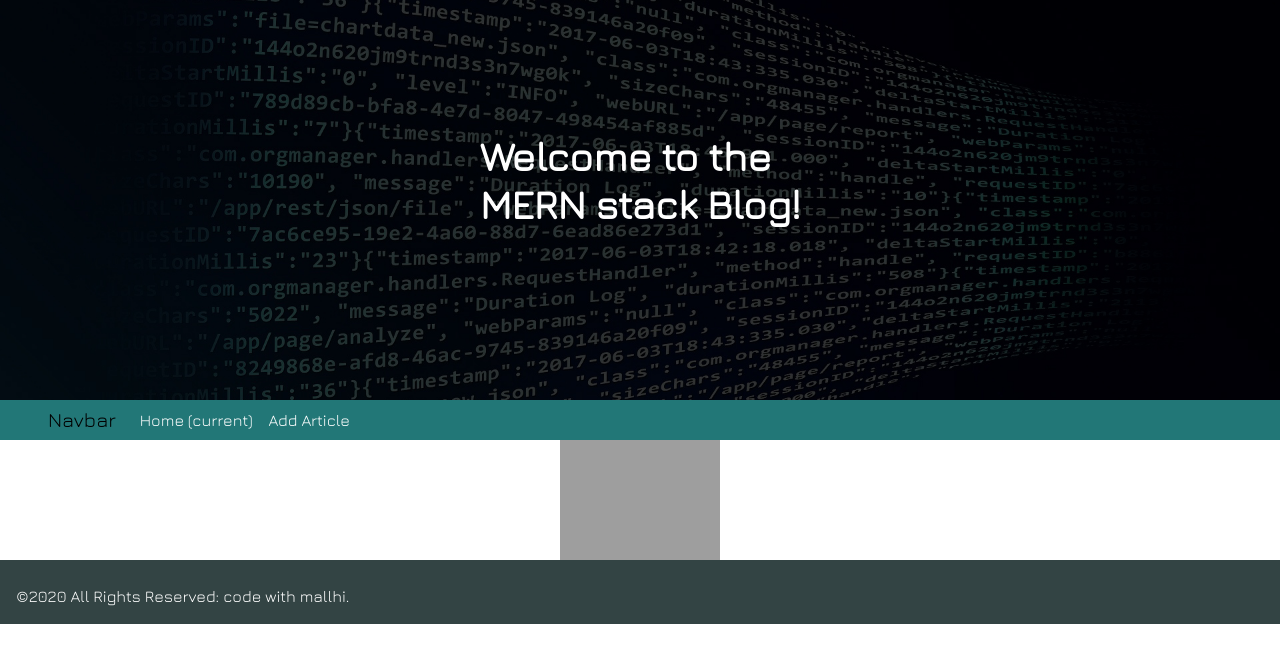
Repository: hamidmallhi/hamidmern
Page: / (app in client/)
These files come from the project's save history. The page is drawn as it stood at one moment and after the next save; the edit follows.
The browser window is 1280 px wide. The pictures show the whole page.
Pictures or frames that could not be fetched are drawn as grey boxes. The page's requests for data from a server got no answer. The project was rebuilt for these pictures with package versions that can differ from the ones it lists, and the page was loaded fresh each time. No one was signed in, and anything a server would have sent is missing. Also part of the build but not shown: client/src/components/Article.js, client/src/components/AddArticle.js, client/src/components/EditArticle.js.

Above is the page before, as saved 2020-04-28 11:45:15.

After the next save:
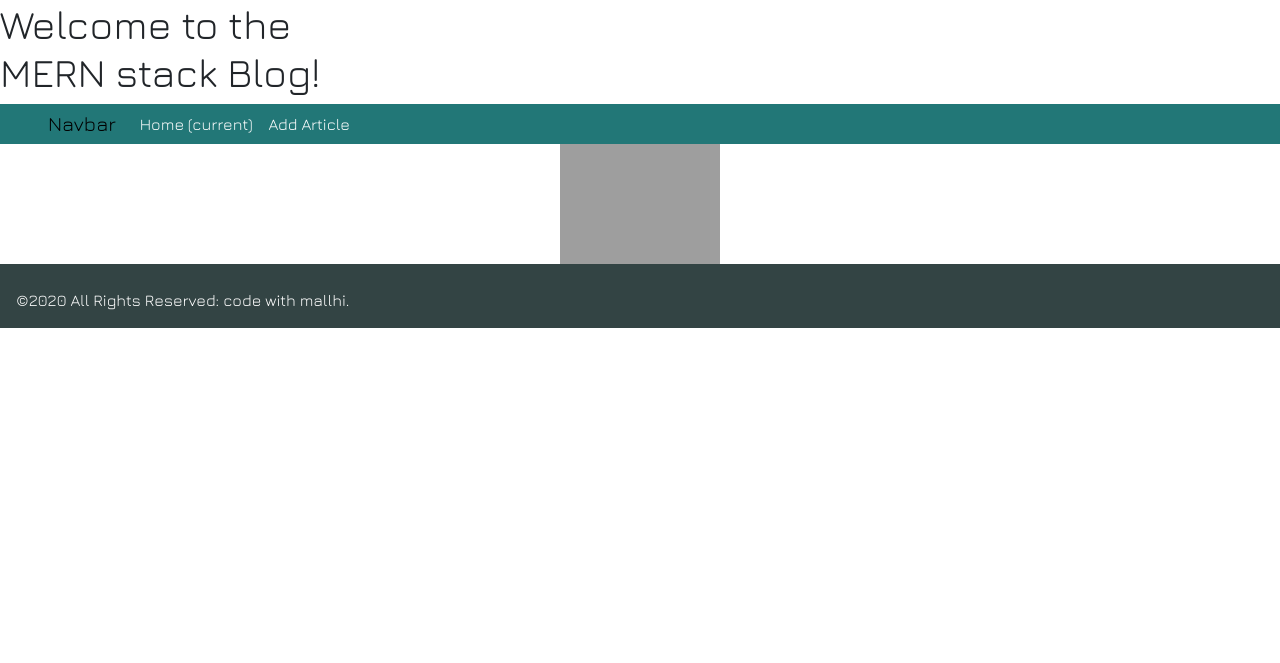
Saved 2 min 16 s later.
--- a/client/src/App.js
+++ b/client/src/App.js
@@ -3,7 +3,8 @@
 import './App.css';
 import axios from 'axios'
 import 'bootstrap/dist/css/bootstrap.min.css'
-import Header from './components/layouts/Header'
+// import Header from './components/layouts/Header'
+import Testing from './components/layouts/Testing'
 import Navbar from './components/layouts/Navbar'
 import Footer from './components/layouts/Footer'
 import Articles from './components/Articles'
@@ -30,7 +31,7 @@
 
   return (
       <div className="App">
-        <Header />
+        <Testing />
         <Navbar />
           <Route exact path = "/" render={() => <Articles posts={posts} getArticles={getArticles} />} />
           <Route path = "/article/:id" render={(props) => <Article {...props} posts={posts}/>} />

After the save that followed:
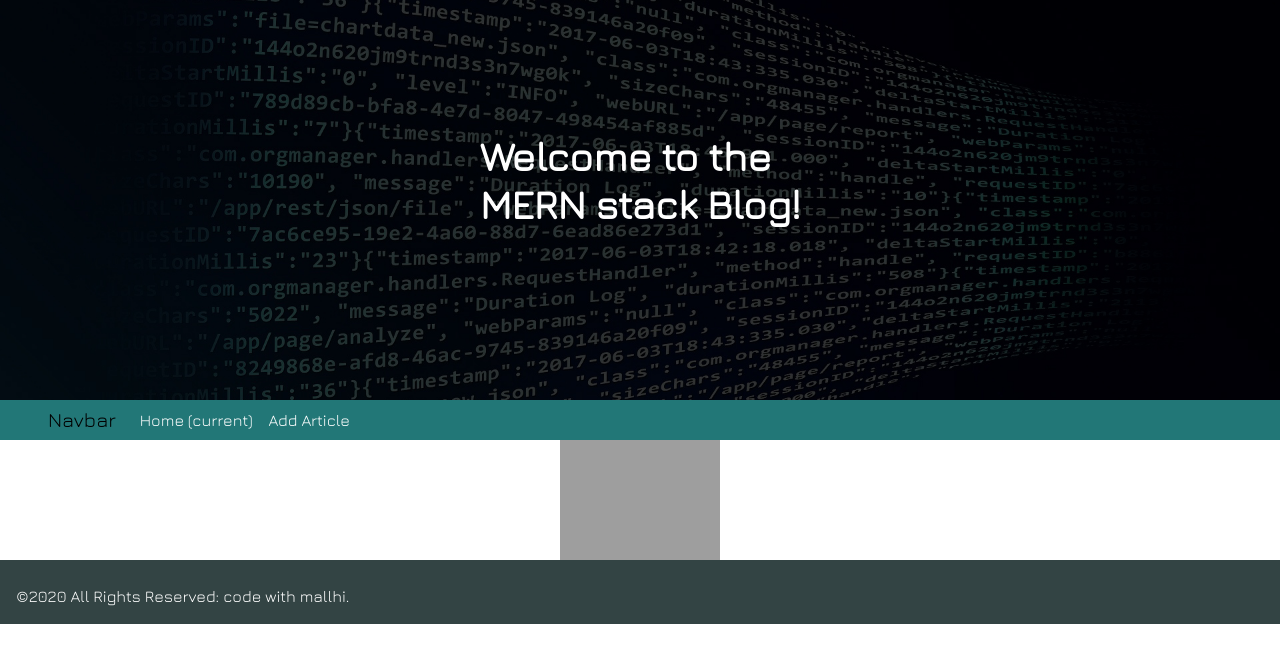
Saved 86 s later.
--- a/client/src/App.js
+++ b/client/src/App.js
@@ -3,8 +3,8 @@
 import './App.css';
 import axios from 'axios'
 import 'bootstrap/dist/css/bootstrap.min.css'
-// import Header from './components/layouts/Header'
-import Testing from './components/layouts/Testing'
+import Header from './components/layouts/Header'
+// import Testing from './components/layouts/Testing'
 import Navbar from './components/layouts/Navbar'
 import Footer from './components/layouts/Footer'
 import Articles from './components/Articles'
@@ -31,7 +31,7 @@
 
   return (
       <div className="App">
-        <Testing />
+        <Header />
         <Navbar />
           <Route exact path = "/" render={() => <Articles posts={posts} getArticles={getArticles} />} />
           <Route path = "/article/:id" render={(props) => <Article {...props} posts={posts}/>} />
